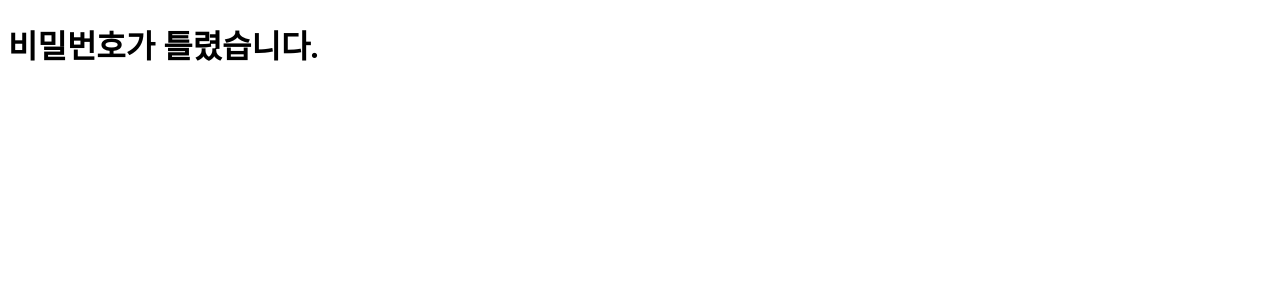
Repository: limbbbyoung/JSP_practice
Page: http://localhost/JSPbasic/jspobject/cookie/login_pw_fail.jsp
The author's editor kept a copy of each file at every save. The page is drawn from the files as they stood at one save, then again after the next save.
The browser window is 1280 px wide. The pictures show the whole page.
The page is served by Tomcat 9.

Above is the page before, as saved 2022-03-29 08:35:18.

After the next save:
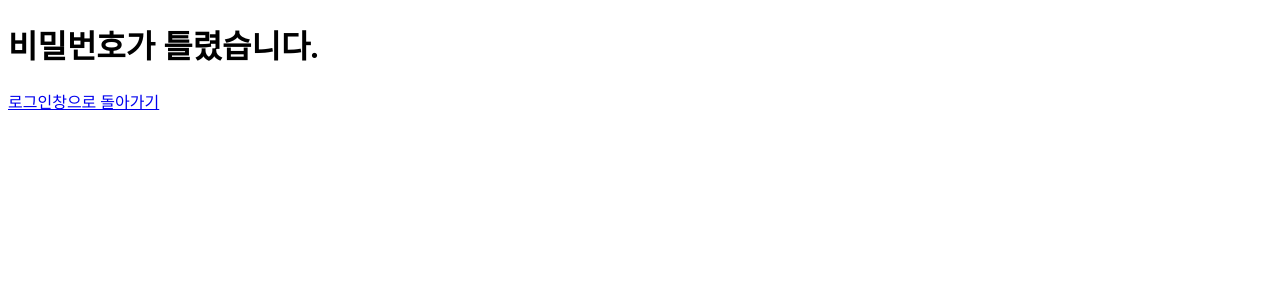
Saved 27 s later.
--- a/JSPbasic/src/main/webapp/jspobject/cookie/login_pw_fail.jsp
+++ b/JSPbasic/src/main/webapp/jspobject/cookie/login_pw_fail.jsp
@@ -8,5 +8,6 @@
 </head>
 <body>
    <h1>비밀번호가 틀렸습니다.</h1>
+   <a href="http://localhost:8181/JSPbasic/jspobject/cookie/cookie_login.jsp">로그인창으로 돌아가기</a>
 </body>
 </html>
